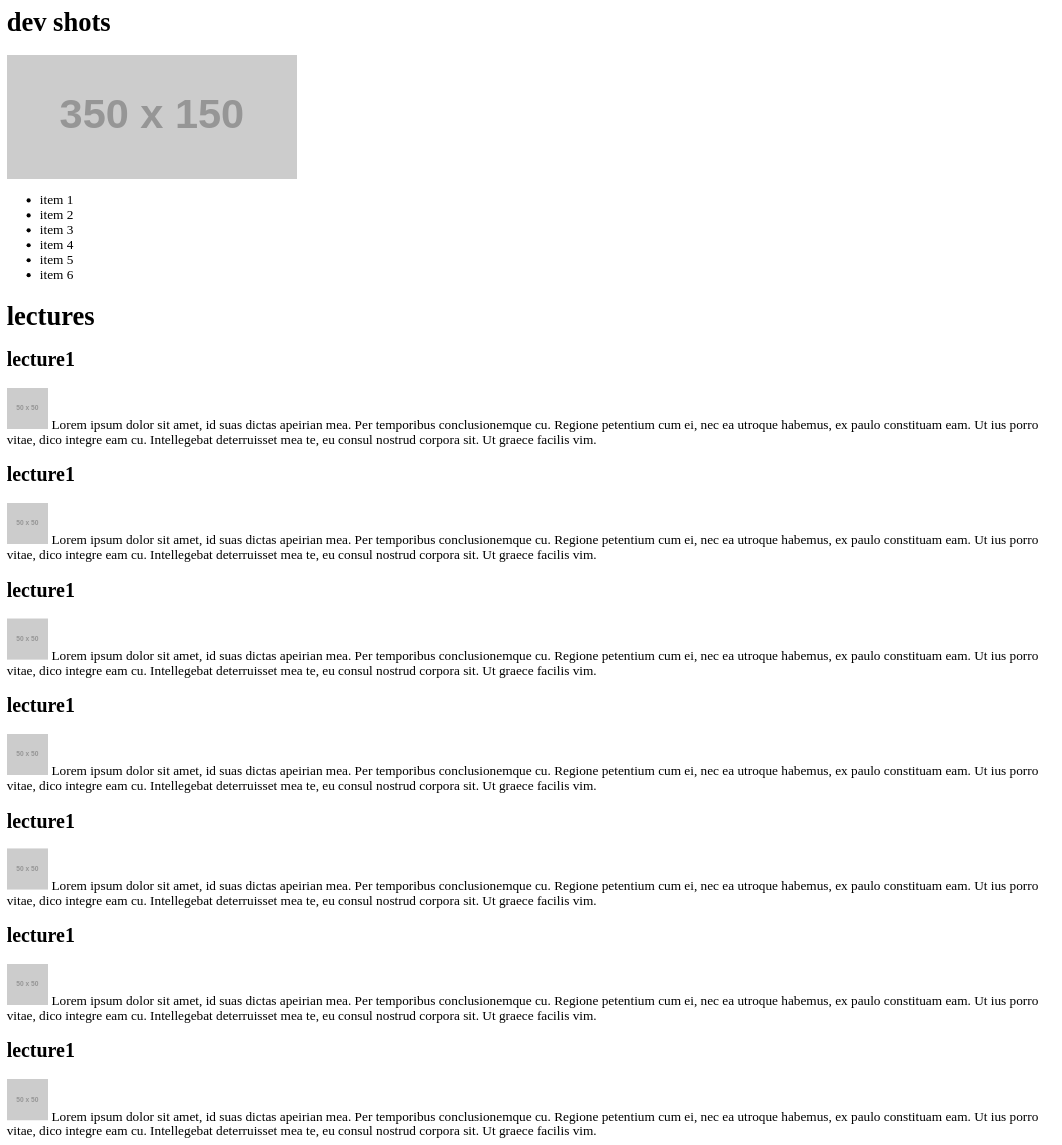
Repository: innaplx/exercises-devshots-html4-part1
Page: index.html
The author's editor kept a copy of each file at every save. The page is drawn from the files as they stood at one save, then again after the next save.
The browser window is 1280 px wide. The pictures show the whole page, at 83% of full size.

Above is the page before, as saved 2018-08-17 18:29:00.

### index.html
<html>
    <head>
        <h1>dev shots</h1>
        <a href="https://placeholder.com"><img src="https://via.placeholder.com/350x150"></a>
        <nav>
            <ul>
                <li><a herf="#" titel="item 1">item 1</a></li>
                <li><a herf="#" titel="item 2">item 2</a></li>
                <li><a herf="#" titel="item 3">item 3</a></li>
                <li><a herf="#" titel="item 4">item 4</a></li>
                <li><a herf="#" titel="item 5">item 5</a></li>
                <li><a herf="#" titel="item 6">item 6</a></li>
            </ul>
        </nav>

    </head>

    <body>
        <h1>lectures</h1>

            <div>
                <h2>lecture1</h2>
                <a href="https://placeholder.com"><img src="https://via.placeholder.com/50x50"></a>
                <text>Lorem ipsum dolor sit amet, id suas dictas apeirian mea. Per temporibus conclusionemque cu. Regione petentium cum ei, nec ea utroque habemus, ex paulo constituam eam. Ut ius porro vitae, dico integre eam cu. Intellegebat deterruisset mea te, eu consul nostrud corpora sit. Ut graece facilis vim.</text>
            </div>
            <div>
                    <h2>lecture1</h2>
                    <a href="https://placeholder.com"><img src="https://via.placeholder.com/50x50"></a>
                    <text>Lorem ipsum dolor sit amet, id suas dictas apeirian mea. Per temporibus conclusionemque cu. Regione petentium cum ei, nec ea utroque habemus, ex paulo constituam eam. Ut ius porro vitae, dico integre eam cu. Intellegebat deterruisset mea te, eu consul nostrud corpora sit. Ut graece facilis vim.</text>
                </div>
                <div>
                        <h2>lecture1</h2>
                        <a href="https://placeholder.com"><img src="https://via.placeholder.com/50x50"></a>
                        <text>Lorem ipsum dolor sit amet, id suas dictas apeirian mea. Per temporibus conclusionemque cu. Regione petentium cum ei, nec ea utroque habemus, ex paulo constituam eam. Ut ius porro vitae, dico integre eam cu. Intellegebat deterruisset mea te, eu consul nostrud corpora sit. Ut graece facilis vim.</text>
                    </div>
                    <div>
                            <h2>lecture1</h2>
                            <a href="https://placeholder.com"><img src="https://via.placeholder.com/50x50"></a>
                            <text>Lorem ipsum dolor sit amet, id suas dictas apeirian mea. Per temporibus conclusionemque cu. Regione petentium cum ei, nec ea utroque habemus, ex paulo constituam eam. Ut ius porro vitae, dico integre eam cu. Intellegebat deterruisset mea te, eu consul nostrud corpora sit. Ut graece facilis vim.</text>
                        </div>
                        <div>
                                <h2>lecture1</h2>
                                <a href="https://placeholder.com"><img src="https://via.placeholder.com/50x50"></a>
                                <text>Lorem ipsum dolor sit amet, id suas dictas apeirian mea. Per temporibus conclusionemque cu. Regione petentium cum ei, nec ea utroque habemus, ex paulo constituam eam. Ut ius porro vitae, dico integre eam cu. Intellegebat deterruisset mea te, eu consul nostrud corpora sit. Ut graece facilis vim.</text>
                            </div>
                            <div>
                                    <h2>lecture1</h2>
                                    <a href="https://placeholder.com"><img src="https://via.placeholder.com/50x50"></a>
                                    <text>Lorem ipsum dolor sit amet, id suas dictas apeirian mea. Per temporibus conclusionemque cu. Regione petentium cum ei, nec ea utroque habemus, ex paulo constituam eam. Ut ius porro vitae, dico integre eam cu. Intellegebat deterruisset mea te, eu consul nostrud corpora sit. Ut graece facilis vim.</text>
                                </div>
                                <div>
                                        <h2>lecture1</h2>
                                        <a href="https://placeholder.com"><img src="https://via.placeholder.com/50x50"></a>
                                        <text>Lorem ipsum dolor sit amet, id suas dictas apeirian mea. Per temporibus conclusionemque cu. Regione petentium cum ei, nec ea utroque habemus, ex paulo constituam eam. Ut ius porro vitae, dico integre eam cu. Intellegebat deterruisset mea te, eu consul nostrud corpora sit. Ut graece facilis vim.</text>
                                    </div>
    </body>
























</html>

After the next save:
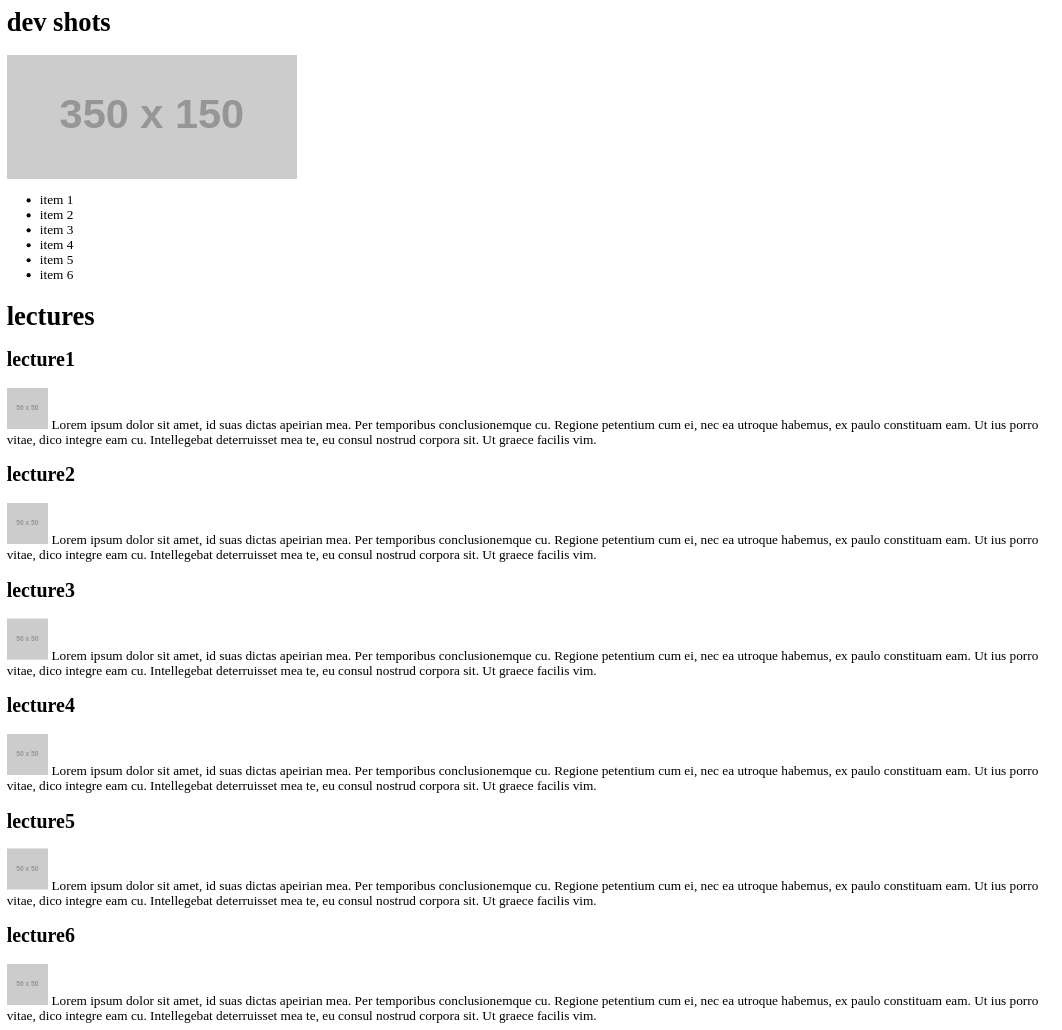
Saved 35 s later.
--- a/index.html
+++ b/index.html
@@ -24,35 +24,33 @@
                 <text>Lorem ipsum dolor sit amet, id suas dictas apeirian mea. Per temporibus conclusionemque cu. Regione petentium cum ei, nec ea utroque habemus, ex paulo constituam eam. Ut ius porro vitae, dico integre eam cu. Intellegebat deterruisset mea te, eu consul nostrud corpora sit. Ut graece facilis vim.</text>
             </div>
             <div>
-                    <h2>lecture1</h2>
+                    <h2>lecture2</h2>
                     <a href="https://placeholder.com"><img src="https://via.placeholder.com/50x50"></a>
                     <text>Lorem ipsum dolor sit amet, id suas dictas apeirian mea. Per temporibus conclusionemque cu. Regione petentium cum ei, nec ea utroque habemus, ex paulo constituam eam. Ut ius porro vitae, dico integre eam cu. Intellegebat deterruisset mea te, eu consul nostrud corpora sit. Ut graece facilis vim.</text>
                 </div>
                 <div>
-                        <h2>lecture1</h2>
+                        <h2>lecture3</h2>
                         <a href="https://placeholder.com"><img src="https://via.placeholder.com/50x50"></a>
                         <text>Lorem ipsum dolor sit amet, id suas dictas apeirian mea. Per temporibus conclusionemque cu. Regione petentium cum ei, nec ea utroque habemus, ex paulo constituam eam. Ut ius porro vitae, dico integre eam cu. Intellegebat deterruisset mea te, eu consul nostrud corpora sit. Ut graece facilis vim.</text>
                     </div>
                     <div>
-                            <h2>lecture1</h2>
+                            <h2>lecture4</h2>
                             <a href="https://placeholder.com"><img src="https://via.placeholder.com/50x50"></a>
                             <text>Lorem ipsum dolor sit amet, id suas dictas apeirian mea. Per temporibus conclusionemque cu. Regione petentium cum ei, nec ea utroque habemus, ex paulo constituam eam. Ut ius porro vitae, dico integre eam cu. Intellegebat deterruisset mea te, eu consul nostrud corpora sit. Ut graece facilis vim.</text>
                         </div>
                         <div>
-                                <h2>lecture1</h2>
+                                <h2>lecture5</h2>
                                 <a href="https://placeholder.com"><img src="https://via.placeholder.com/50x50"></a>
                                 <text>Lorem ipsum dolor sit amet, id suas dictas apeirian mea. Per temporibus conclusionemque cu. Regione petentium cum ei, nec ea utroque habemus, ex paulo constituam eam. Ut ius porro vitae, dico integre eam cu. Intellegebat deterruisset mea te, eu consul nostrud corpora sit. Ut graece facilis vim.</text>
                             </div>
                             <div>
-                                    <h2>lecture1</h2>
+                                    <h2>lecture6</h2>
                                     <a href="https://placeholder.com"><img src="https://via.placeholder.com/50x50"></a>
                                     <text>Lorem ipsum dolor sit amet, id suas dictas apeirian mea. Per temporibus conclusionemque cu. Regione petentium cum ei, nec ea utroque habemus, ex paulo constituam eam. Ut ius porro vitae, dico integre eam cu. Intellegebat deterruisset mea te, eu consul nostrud corpora sit. Ut graece facilis vim.</text>
                                 </div>
-                                <div>
-                                        <h2>lecture1</h2>
-                                        <a href="https://placeholder.com"><img src="https://via.placeholder.com/50x50"></a>
-                                        <text>Lorem ipsum dolor sit amet, id suas dictas apeirian mea. Per temporibus conclusionemque cu. Regione petentium cum ei, nec ea utroque habemus, ex paulo constituam eam. Ut ius porro vitae, dico integre eam cu. Intellegebat deterruisset mea te, eu consul nostrud corpora sit. Ut graece facilis vim.</text>
-                                    </div>
+
+
+
     </body>
 
 
